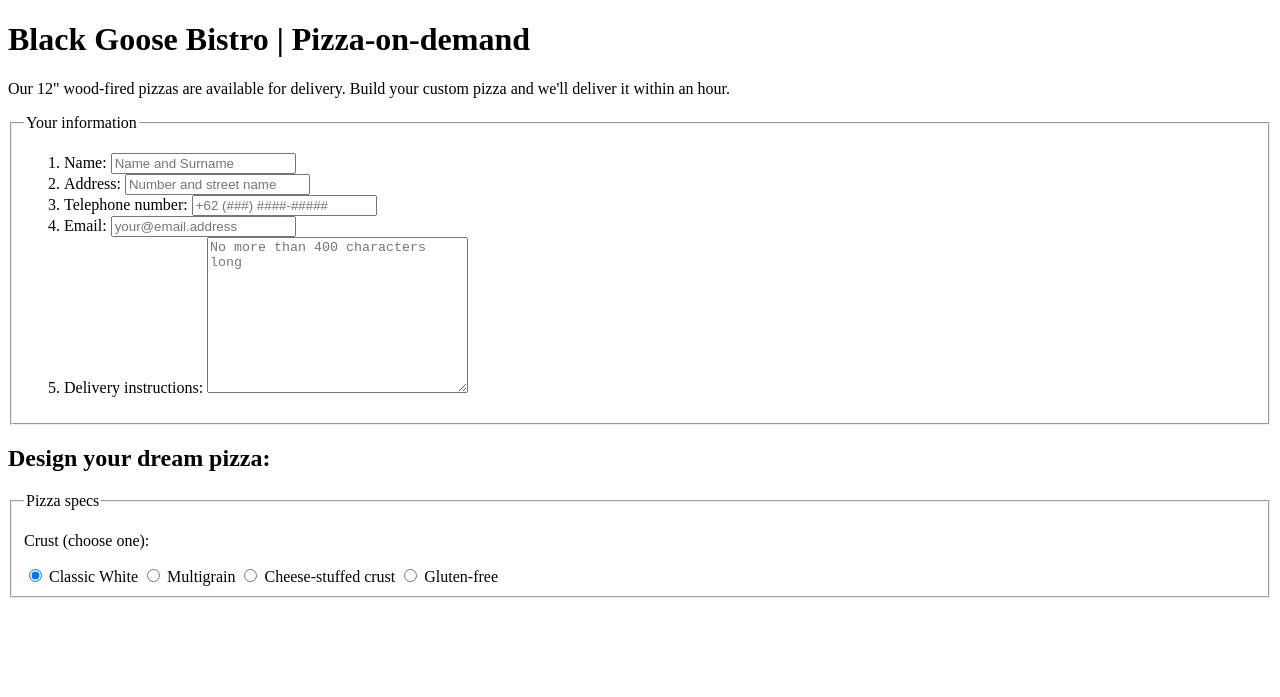
Repository: Colo-Codes/code-practice
Page: 01-html-practice-11.html
An editor plug-in stored every save of this project. The page is shown before and after the next save, followed by the edit.
The browser window is 1280 px wide. The pictures show the whole page.

Above is the page before, as saved 2021-04-29 14:08:15.

After the next save:
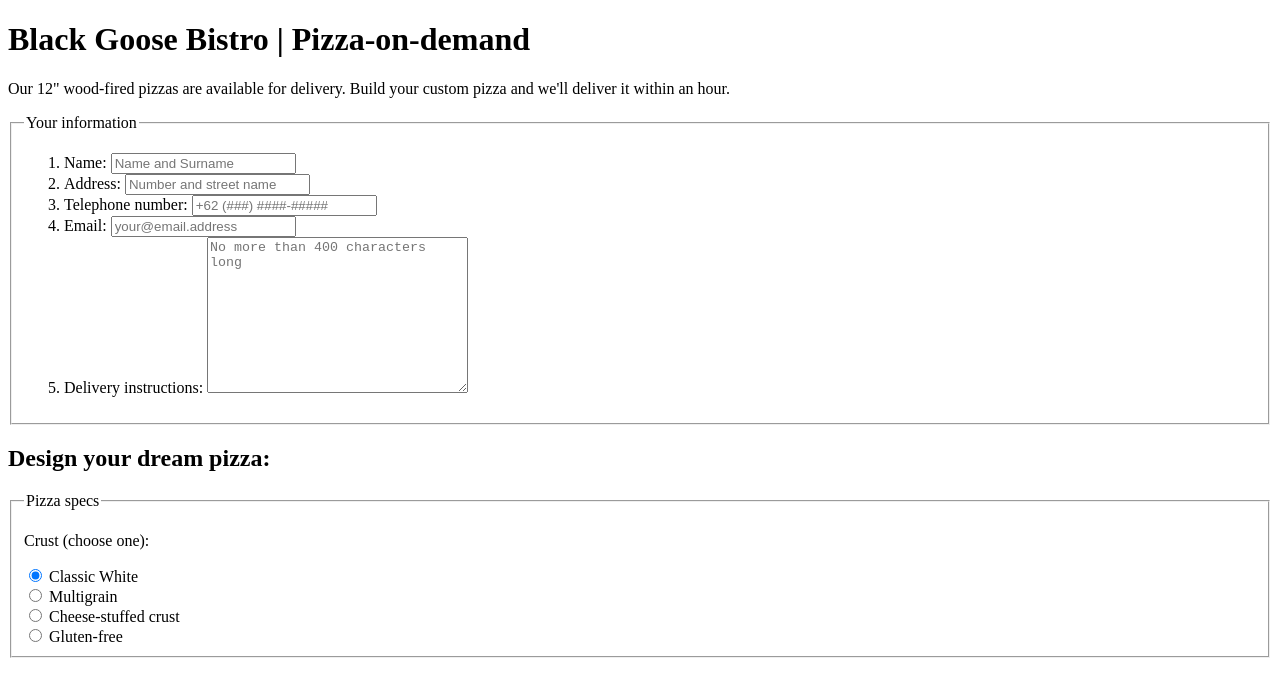
Saved 17 s later.
--- a/01-html-practice-11.html
+++ b/01-html-practice-11.html
@@ -41,16 +41,16 @@
             <p>Crust (choose one):</p>
             <label for="classWhite">
                 <input type="radio" id="classWhite" name="crust" value="classicWhite" checked> Classic White
-            </label>
+            </label><br>
             <label for="multi">
                 <input type="radio" id="multi" name="crust" value="multigrain"> Multigrain
-            </label>
+            </label><br>
             <label for="cheeseCrust">
                 <input type="radio" id="cheeseCrust" name="crust" value="cheeseStuffedCrust"> Cheese-stuffed crust
-            </label>
+            </label><br>
             <label for="glutenFree">
                 <input type="radio" id="glutenFree" name="crust" value="glutenFree"> Gluten-free
-            </label>
+            </label><br>
 
         </fieldset>
 
